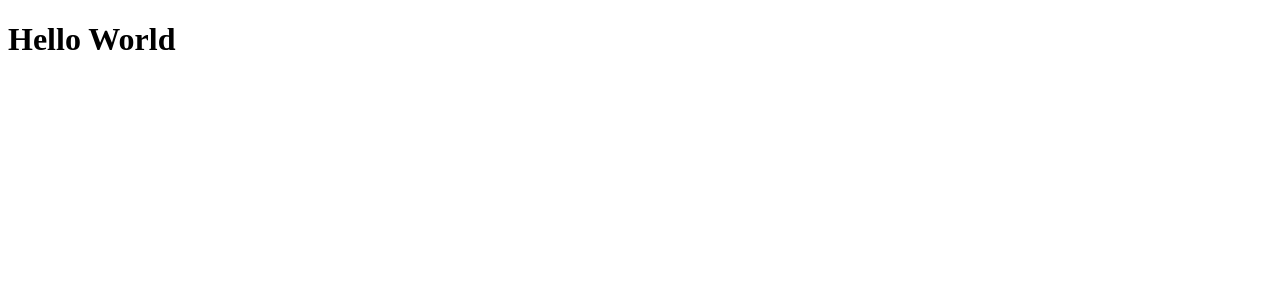
Repository: jumoney/KoreaIT2020_JSP
Page: http://localhost/first/
The author's editor kept a copy of each file at every save. The page is drawn from the files as they stood at one save, then again after the next save.
The browser window is 1280 px wide. The pictures show the whole page.
The page is served by Tomcat 9. Other server files are loaded and not shown.

Above is the page before, as saved 2020-07-13 02:23:34.

### first/WebContent/index.jsp
<%@ page language="java" contentType="text/html; charset=UTF-8"
    pageEncoding="UTF-8"%>
<!DOCTYPE html>
<html>
<head>
<meta charset="UTF-8">
<title>처음</title>
</head>
<body>
	<h1>Hello World</h1>
</body>
</html>

After the next save:
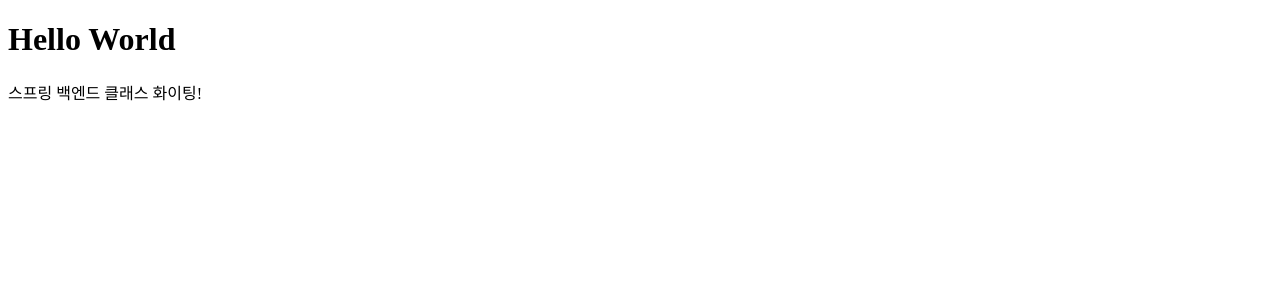
Saved 30 s later.
--- a/first/WebContent/index.jsp
+++ b/first/WebContent/index.jsp
@@ -8,5 +8,6 @@
 </head>
 <body>
 	<h1>Hello World</h1>
+	<div>스프링 백엔드 클래스 화이팅!</div>
 </body>
 </html>
